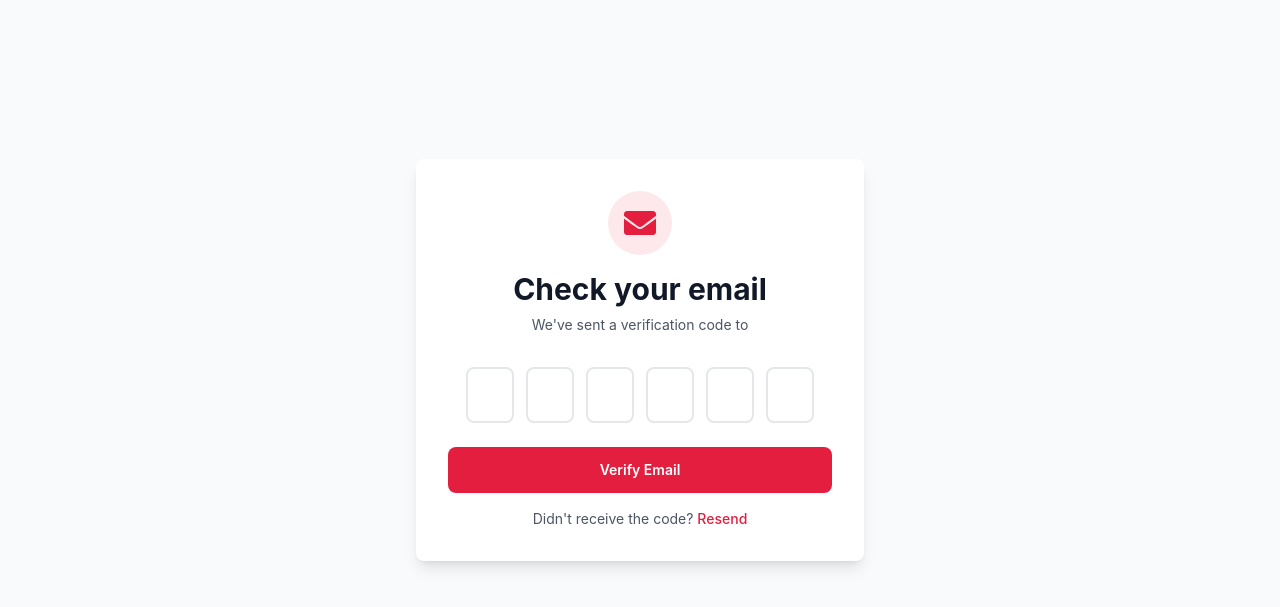
Repository: nguyenbathevien/KLTN
Page: /verify (app in FE/client/)
These files come from the project's save history. The page is drawn as it stood at one moment and after the next save; the edit follows.
The browser window is 1280 px wide. The pictures show the whole page.
The project was rebuilt for these pictures with package versions that can differ from the ones it lists, and the page was loaded fresh each time. Also part of the build but not shown: FE/client/vite.config.js, FE/client/src/components/common/Header/Header.jsx, FE/client/src/components/common/Footer/Footer.jsx, FE/client/src/components/common/Layout/TeacherLayout.jsx, FE/client/src/pages/teacher/DashboardTeacher.jsx, FE/client/src/pages/teacher/CourseManagement.jsx, FE/client/src/pages/teacher/Statistics.jsx, FE/client/src/pages/teacher/Profile.jsx and 24 more.

Above is the page before, as saved 2025-03-08 07:19:27.

### FE/client/src/main.jsx
import { StrictMode } from "react";
import { createRoot } from "react-dom/client";
import "./index.css";
import App from "./App.jsx";
import "./auth.css";
import "./swiper.css";
createRoot(document.getElementById("root")).render(
  <StrictMode>
    <App />
  </StrictMode>
);

### FE/client/src/App.jsx
import { BrowserRouter as Router, Routes, Route } from "react-router-dom";
import TeacherRoutes from "./routes/TeacherRoutes";
import { AuthProvider } from "./contexts/AuthContext";
import StudentRoutes from "./routes/StudentRoutes";
import PublicRoutes from "./routes/PublicRoutes";
import Verify from "./pages/auth/Verify";
// import PrivateRoute from "./routes/PrivateRoute";

function App() {
  return (
    <AuthProvider>
      <Router>
        <Routes>
          {/* Route public */}
          <Route path="/*" element={<PublicRoutes />} />

          {/* Route dashboard student */}
          <Route path="/student/*" element={<StudentRoutes />} />
          <Route path="/verify" element={<Verify />} />
          {/* Thêm route cho giảng viên với PrivateRoute */}
          <Route
            path="/instructor/*"
            element={
              // <PrivateRoute> dòng này để bảo vệ dashboard teacer phải đăng nhập thì mới vào được( giờ tạm tắt để css )
              <TeacherRoutes />
              // </PrivateRoute>
            }
          />
        </Routes>
      </Router>
    </AuthProvider>
  );
}

export default App;

### FE/client/src/auth.css
/* Auth Container */
.auth-container {
  @apply min-h-screen flex;
}

/* Auth Slider */
.auth-slider {
  @apply hidden lg:block lg:w-1/2 relative overflow-hidden bg-primary;
}

/* Auth Form Container */
.auth-form-container {
  @apply w-full lg:w-1/2 flex flex-col justify-center px-4 sm:px-6 lg:px-8 py-12 bg-background;
}

/* Auth Form Box */
.auth-form-box {
  @apply w-full max-w-md mx-auto bg-card p-8 rounded-sm shadow-sm;
}

/* Auth Title */
.auth-title {
  @apply text-2xl md:text-3xl font-bold text-foreground text-center mb-2;
}

/* Auth Subtitle */
.auth-subtitle {
  @apply text-sm text-accent text-center mb-8;
}

/* Form Input */
.form-input {
  @apply w-full px-4 py-2 border border-input rounded-sm
         focus:outline-none focus:ring-2 focus:ring-primary focus:border-transparent
         placeholder-accent/60;
}

/* Form Error */
.form-error {
  @apply text-destructive text-sm mt-1;
}

/* Social Buttons */
.btn-social {
  @apply w-full flex items-center justify-center px-4 py-2
         border border-input rounded-sm text-sm font-medium
         text-foreground bg-card hover:bg-secondary
         transition-colors duration-200;
}

/* Primary Button */
.btn-primary {
  @apply w-full px-4 py-2 bg-primary text-primary-foreground
         rounded-sm font-medium hover:bg-primary/90
         transition-colors duration-200
         disabled:opacity-50 disabled:cursor-not-allowed;
}

/* Divider */
.auth-divider {
  @apply relative my-6;
}

.auth-divider::before {
  content: "";
  @apply absolute inset-0 flex items-center;
}

.auth-divider::before {
  @apply w-full border-t border-input;
}

.auth-divider-text {
  @apply relative flex justify-center text-sm text-accent;
}

.auth-divider-text span {
  @apply px-2 bg-card;
}

/* Links */
.auth-link {
  @apply text-primary hover:text-primary/90 transition-colors duration-200;
}

/* Form Group */
.form-group {
  @apply space-y-1;
}

/* Terms Text */
.terms-text {
  @apply text-xs text-accent text-center mt-6;
}

/* Login Link Container */
.login-link-container {
  @apply text-center text-sm text-accent mt-6;
}

/* Slide Content */
.slide-content {
  @apply max-w-xl text-center px-4;
}

.slide-title {
  @apply text-2xl md:text-4xl font-bold text-white mb-4;
}

.slide-description {
  @apply text-base md:text-xl text-white/90;
}

/* Animation Classes */
.fade-in {
  @apply animate-fade-in;
}

.slide-up {
  @apply animate-slide-up;
}

/* Responsive Adjustments */
@screen sm {
  .auth-form-box {
    @apply p-10;
  }
}

@screen md {
  .auth-form-container {
    @apply px-8;
  }
}

@screen lg {
  .auth-form-container {
    @apply px-12;
  }
}
/* trang verify */
.text-primary {
  color: #e41e3f;
}

.bg-primary {
  background-color: #e41e3f;
}

.hover\:bg-primary\/90:hover {
  background-color: rgba(228, 30, 63, 0.9);
}

.border-primary {
  border-color: #e41e3f;
}

.bg-primary\/10 {
  background-color: rgba(228, 30, 63, 0.1);
}

/* Animation cho input khi focus */
@keyframes pulse {
  0% {
    box-shadow: 0 0 0 0 rgba(228, 30, 63, 0.4);
  }
  70% {
    box-shadow: 0 0 0 4px rgba(228, 30, 63, 0);
  }
  100% {
    box-shadow: 0 0 0 0 rgba(228, 30, 63, 0);
  }
}

input:focus {
  animation: pulse 1.5s infinite;
}
/* ----------------- */

### FE/client/src/contexts/AuthContext.jsx
import React, { createContext, useState, useContext } from "react";

const AuthContext = createContext(null);

export const AuthProvider = ({ children }) => {
  const [user, setUser] = useState(null);

  const login = (userData) => {
    // Here you would typically validate the user credentials with your backend
    setUser(userData);
  };

  const logout = () => {
    setUser(null);
  };

  return (
    <AuthContext.Provider value={{ user, login, logout }}>
      {children}
    </AuthContext.Provider>
  );
};

export const useAuth = () => useContext(AuthContext);

### FE/client/src/pages/auth/Verify.jsx
import React, { useState, useEffect } from "react";
import { useNavigate, useLocation } from "react-router-dom";
import axios from "axios";
import { FaEnvelope } from "react-icons/fa";

const Verify = () => {
  const [verificationCode, setVerificationCode] = useState([
    "",
    "",
    "",
    "",
    "",
    "",
  ]);
  const [error, setError] = useState("");
  const [isSubmitting, setIsSubmitting] = useState(false);
  const [countdown, setCountdown] = useState(0);
  const navigate = useNavigate();
  const location = useLocation();
  const email = location.state?.email;

  useEffect(() => {
    let timer;
    if (countdown > 0) {
      timer = setInterval(() => {
        setCountdown((prev) => prev - 1);
      }, 1000);
    }
    return () => clearInterval(timer);
  }, [countdown]);

  const handleChange = (index, value) => {
    if (!/^\d*$/.test(value)) return; // Chỉ cho phép số

    const newCode = [...verificationCode];
    newCode[index] = value;
    setVerificationCode(newCode);

    if (value && index < 5) {
      const nextInput = document.querySelector(
        `input[name="code-${index + 1}"]`
      );
      if (nextInput) nextInput.focus();
    }
  };

  const handlePaste = (e) => {
    e.preventDefault();
    const pastedData = e.clipboardData
      .getData("text")
      .replace(/[^\d]/g, "")
      .slice(0, 6);
    const newCode = [...verificationCode];

    for (let i = 0; i < pastedData.length; i++) {
      if (i < 6) newCode[i] = pastedData[i];
    }

    setVerificationCode(newCode);
  };

  const handleKeyDown = (index, e) => {
    if (e.key === "Backspace" && !verificationCode[index] && index > 0) {
      const prevInput = document.querySelector(
        `input[name="code-${index - 1}"]`
      );
      if (prevInput) prevInput.focus();
    }
  };

  const handleSubmit = async (e) => {
    e.preventDefault();
    const code = verificationCode.join("");

    if (code.length !== 6) {
      setError("Please enter the complete verification code");
      return;
    }

    setIsSubmitting(true);
    try {
      const response = await axios.post(
        "http://localhost:8080/v1/email/verify",
        {
          code,
          email,
        },
        {
          withCredentials: true,
          headers: {
            "Content-Type": "application/json",
          },
        }
      );

      if (response.data) {
        navigate("/login", {
          state: { message: "Email verified successfully!" },
        });
      }
    } catch (error) {
      setError(
        error.response?.data?.message ||
          "Verification failed. Please try again."
      );
    } finally {
      setIsSubmitting(false);
    }
  };

  const handleResendCode = async () => {
    if (countdown > 0) return;

    try {
      await axios.post(
        "http://localhost:8080/v1/email/resend",
        {
          email,
        },
        {
          withCredentials: true,
          headers: {
            "Content-Type": "application/json",
          },
        }
      );
      setCountdown(30); // Bắt đầu đếm ngược 30 giây
      setError("");
    } catch (error) {
      setError("Failed to resend code. Please try again.");
    }
  };

  return (
    <div className="min-h-screen flex items-center justify-center bg-gray-50 py-12 px-4 sm:px-6 lg:px-8">
      <div className="max-w-md w-full space-y-8 bg-white p-8 rounded-lg shadow-lg">
        <div className="text-center">
          <div className="mx-auto h-16 w-16 flex items-center justify-center rounded-full bg-primary/10 mb-4">
            <FaEnvelope className="h-8 w-8 text-primary" />
          </div>
          <h2 className="text-3xl font-bold text-gray-900">Check your email</h2>
          <p className="mt-2 text-sm text-gray-600">
            We've sent a verification code to
          </p>
          <p className="mt-1 text-lg font-medium text-primary">{email}</p>
        </div>

        <form className="mt-8 space-y-6" onSubmit={handleSubmit}>
          <div className="flex flex-col items-center space-y-4">
            <div className="flex justify-center space-x-3">
              {verificationCode.map((digit, index) => (
                <input
                  key={index}
                  type="text"
                  name={`code-${index}`}
                  value={digit}
                  onChange={(e) => handleChange(index, e.target.value)}
                  onKeyDown={(e) => handleKeyDown(index, e)}
                  onPaste={handlePaste}
                  className="w-12 h-14 text-center text-xl font-semibold border-2 rounded-lg
                           focus:border-primary focus:outline-none transition-colors
                           hover:border-gray-400"
                  maxLength={1}
                />
              ))}
            </div>

            {error && (
              <p className="text-red-600 text-sm text-center bg-red-50 px-4 py-2 rounded-full">
                {error}
              </p>
            )}
          </div>

          <div className="space-y-4">
            <button
              type="submit"
              disabled={isSubmitting}
              className="w-full flex justify-center py-3 px-4 border border-transparent
                       rounded-lg text-white bg-primary hover:bg-primary/90
                       focus:outline-none focus:ring-2 focus:ring-offset-2 focus:ring-primary
                       transition-colors disabled:opacity-50 disabled:cursor-not-allowed
                       text-sm font-semibold"
            >
              {isSubmitting ? "Verifying..." : "Verify Email"}
            </button>

            <div className="text-center">
              <p className="text-sm text-gray-600">
                Didn't receive the code?{" "}
                <button
                  type="button"
                  onClick={handleResendCode}
                  disabled={countdown > 0}
                  className={`font-medium ${
                    countdown > 0
                      ? "text-gray-400 cursor-not-allowed"
                      : "text-primary hover:text-primary/90"
                  }`}
                >
                  Resend{countdown > 0 ? ` (${countdown}s)` : ""}
                </button>
              </p>
            </div>
          </div>
        </form>
      </div>
    </div>
  );
};

export default Verify;

### FE/client/tailwind.config.js
/** @type {import('tailwindcss').Config} */
export default {
  content: ["./index.html", "./src/**/*.{js,ts,jsx,tsx}"],
  theme: {
    extend: {
      colors: {
        primary: {
          DEFAULT: "#E11D48",
          foreground: "#FFFFFF",
        },
        secondary: {
          DEFAULT: "#F0F1F3",
          foreground: "#020817",
        },
        accent: {
          DEFAULT: "#6D7074",
          foreground: "#020817",
        },
        background: "#FAFAFB",
        foreground: "#020817",
        card: {
          DEFAULT: "#FFFFFF",
          foreground: "#020817",
        },
        popover: {
          DEFAULT: "#FFFFFF",
          foreground: "#020817",
        },
        muted: {
          DEFAULT: "#F0F1F3",
          foreground: "#6D7074",
        },
        destructive: {
          DEFAULT: "#FF4C4C",
          foreground: "#FFFFFF",
        },
        border: "#E0E0E0",
        input: "#E0E0E0",
        ring: "#E11D48",
        chart: {
          1: "#FF6F61",
          2: "#4CAF50",
          3: "#03A9F4",
          4: "#FFC107",
          5: "#8E44AD",
        },
        // Thêm màu cho form đăng ký
        form: {
          input: {
            DEFAULT: "#FFFFFF",
            border: "#E0E0E0",
            focus: "#E11D48",
            error: "#FF4C4C",
          },
          button: {
            social: {
              facebook: "#1877F2",
              google: "#DB4437",
              apple: "#000000",
            },
          },
        },
      },
      fontFamily: {
        sans: ["Inter", "sans-serif"],
      },
      fontSize: {
        heading: "28px",
        body: "16px",
        // Thêm kích thước font cho form
        form: {
          title: "2.25rem", // 36px
          subtitle: "1.125rem", // 18px
          input: "0.875rem", // 14px
          error: "0.75rem", // 12px
        },
      },
      fontWeight: {
        heading: "600",
        body: "400",
      },
      borderRadius: {
        sm: "0.125rem",
        // Thêm border radius cho form
        form: "0.5rem", // 8px
      },
      boxShadow: {
        sm: "0 1px 2px 0 rgb(0 0 0 / 0.05)",
        // Thêm shadow cho form
        form: "0 4px 6px -1px rgb(0 0 0 / 0.1), 0 2px 4px -2px rgb(0 0 0 / 0.1)",
        input: "0 1px 2px 0 rgb(0 0 0 / 0.05)",
      },
      spacing: {
        // Thêm spacing cho form
        form: {
          input: "0.75rem", // 12px
          gap: "1.5rem", // 24px
          padding: "2rem", // 32px
        },
      },
      animation: {
        // Thêm animation cho form
        "slide-up": "slideUp 0.3s ease-out",
        "fade-in": "fadeIn 0.3s ease-out",
      },
      keyframes: {
        slideUp: {
          "0%": { transform: "translateY(10px)", opacity: 0 },
          "100%": { transform: "translateY(0)", opacity: 1 },
        },
        fadeIn: {
          "0%": { opacity: 0 },
          "100%": { opacity: 1 },
        },
      },
    },
  },
  plugins: [],
  darkMode: "class",
};

Loaded but not shown: FE/client/index.html (common file); FE/client/src/index.css (common file)

After the next save:
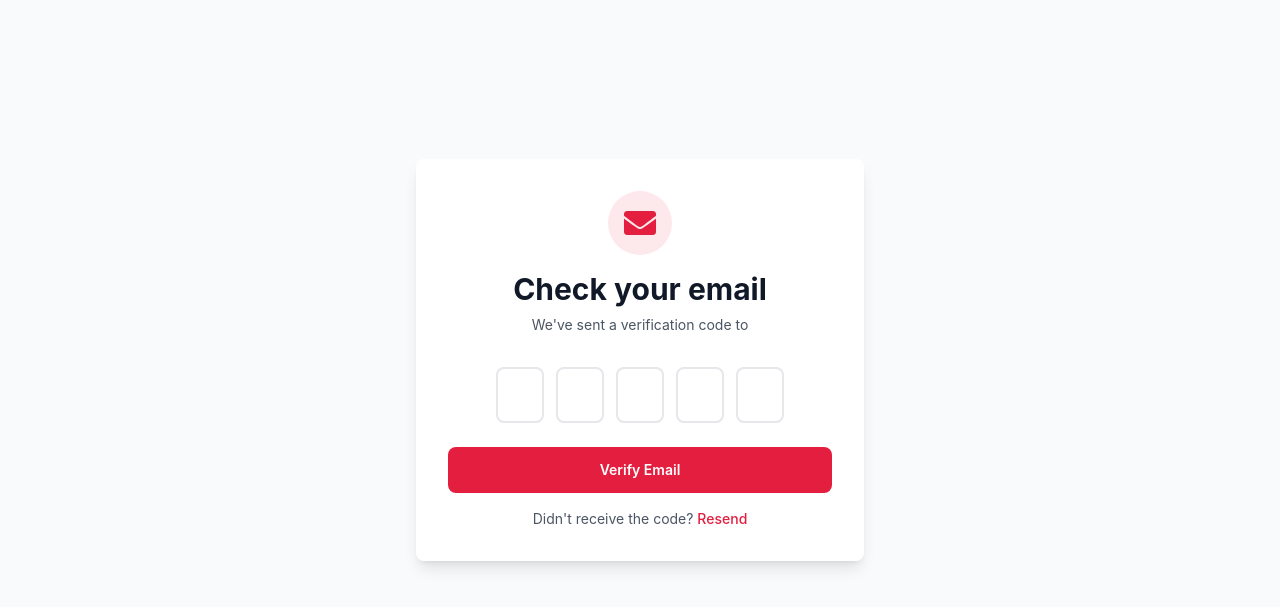
Saved 39 min 9 s later.
--- a/FE/client/src/pages/auth/Verify.jsx
+++ b/FE/client/src/pages/auth/Verify.jsx
@@ -10,8 +10,8 @@
     "",
     "",
     "",
-    "",
   ]);
+
   const [error, setError] = useState("");
   const [isSubmitting, setIsSubmitting] = useState(false);
   const [countdown, setCountdown] = useState(0);
@@ -72,7 +72,7 @@
     e.preventDefault();
     const code = verificationCode.join("");
 
-    if (code.length !== 6) {
+    if (code.length !== 5) {
       setError("Please enter the complete verification code");
       return;
     }

After the save that followed:
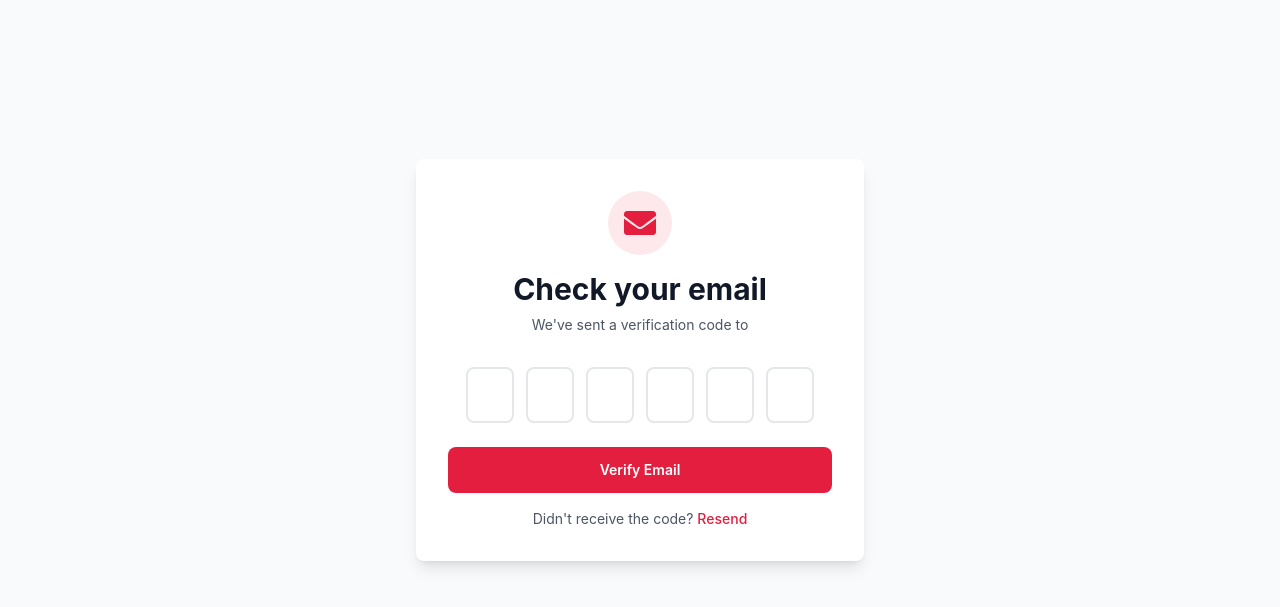
Saved 88 s later.
--- a/FE/client/src/pages/auth/Verify.jsx
+++ b/FE/client/src/pages/auth/Verify.jsx
@@ -10,8 +10,8 @@
     "",
     "",
     "",
+    "",
   ]);
-
   const [error, setError] = useState("");
   const [isSubmitting, setIsSubmitting] = useState(false);
   const [countdown, setCountdown] = useState(0);
@@ -72,7 +72,7 @@
     e.preventDefault();
     const code = verificationCode.join("");
 
-    if (code.length !== 5) {
+    if (code.length !== 6) {
       setError("Please enter the complete verification code");
       return;
     }
